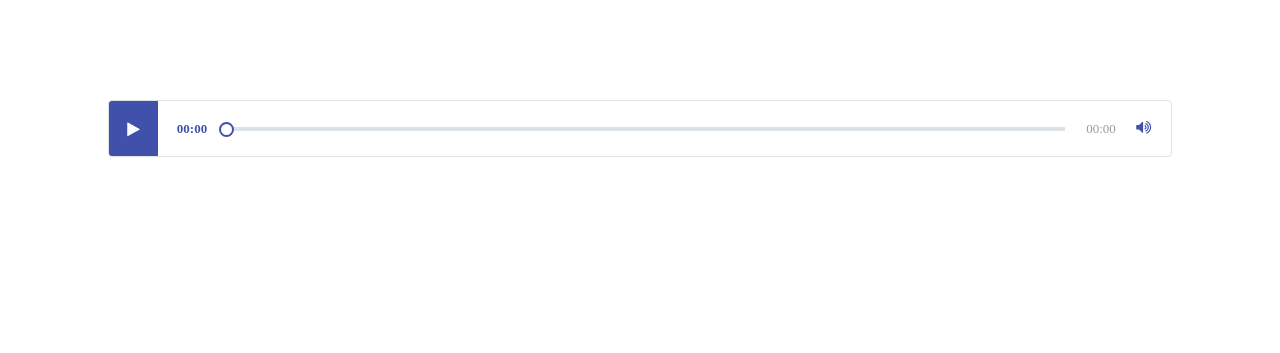
Repository: mitzbarbie/-jQuery-AudioPlayer-plugin
Page: index.html
The author's editor kept a copy of each file at every save. The page is drawn from the files as they stood at one save, then again after the next save.
The browser window is 1280 px wide. The pictures show the whole page.

Above is the page before, as saved 2021-11-26 17:26:25.

### index.html
<!DOCTYPE html>
<html lang="en">
  <head>
    <meta charset="UTF-8" />
    <meta http-equiv="X-UA-Compatible" content="IE=edge" />
    <meta name="viewport" content="width=device-width, initial-scale=1.0" />
    <title>Document</title>
    <link rel="stylesheet" href="style.css" />
    <link
      rel="stylesheet"
      href="https://cdnjs.cloudflare.com/ajax/libs/font-awesome/4.7.0/css/font-awesome.min.css"
    />
    <script
      src="https://code.jquery.com/jquery-3.6.0.min.js"
      integrity="sha256-/xUj+3OJU5yExlq6GSYGSHk7tPXikynS7ogEvDej/m4="
      crossorigin="anonymous"
    ></script>
  </head>
  <body>
    <div class="audio" style="margin: 100px"></div>

    <script>
      $(document).ready(function () {
        $(".audio").audioPlayerUtils({
          songs: ["audioEx1.mp3"],
        });
      });
      $(document).ready(function () {
        $(".audio").audioPlayerUtils({
          songs: ["audioEx1.mp3"],
        });
      });
      $(document).ready(function () {
        $(".audio").audioPlayerUtils({
          songs: ["audioEx1.mp3"],
        });
      });
    </script>

    <script src="audioPlayer.js"></script>
  </body>
</html>

### style.css
.audioPlayer {
  display: flex;
  flex-direction: row;
  box-sizing: border-box;
  width: 100%;
  align-items: center;
  border: 1px solid #dde2e6;
  border-radius: 4px;
  background: #fff;
}

#playPauseBtn {
  display: flex;
  justify-content: center;
  align-items: center;
  width: 49px;
  height: 55px;
  border-radius: 3px 0 0 3px;
  background: #4050ab;
  cursor: pointer;
}

.pausing {
  vertical-align: center;
  background-color: #fff;
  justify-content: center;
  align-items: center;
  width: 45px;
  height: 51px;
  border-radius: 4px 0 0 4px;
  cursor: pointer;
  border: 2px solid #4050ab;
}

.pausing::before {
  display: flex;
  justify-content: center;
  align-items: center;
  margin-top: 17px;
}

.startTime {
  display: flex;
  margin-left: 14px;
  width: 40px;
  justify-content: center;
  font-size: 13px;
  font-weight: 700;
  color: #4050ab;
}

.endTime {
  display: flex;
  width: 40px;
}

#mainBar {
  background: #dde2e6;
  width: 100%;
  height: 4px;
  margin: 15px 15px;
  flex-basis: 0;
  flex-grow: 1;
  position: relative;
  border-radius: px;
  cursor: pointer;
}

#progressBar {
  background: #4050ab;
  height: 4px;
  width: 0px;
  cursor: pointer;
}

#play-head {
  display: flex;
  position: absolute;
  box-sizing: border-box;
  top: -5px;
  left: -8px;
  width: 15px;
  height: 15px;
  background: #fff;
  border: 2px solid #4050ab;
  cursor: pointer;
  border-radius: 50%;
}

.endTime {
  margin-left: 6px;
  margin-right: 10px;
  font-weight: 500;
  font-size: 13px;
  color: #999;
}

#volumeBtn {
  margin-right: 15px;
  margin-bottom: 2px;
  cursor: pointer;
}

#volumeBtn {
  margin-right: 20px;
}

### audioPlayer.js
(function ($, window, document, undefined) {
  $.fn.audioPlayerUtils = function (options) {
    var settings = $.extend({}, options);

    return this.each(function () {
      // developed an initial value of first building on page for HTML DOM init
      var htmlInit =
        '<div class="audioPlayer">\
            <a id="playPauseBtn">\
              <i class="fa fa-play playing" aria-hidden="true" style="color: #fff"></i>\
              <i class="fa fa-pause pausing" aria-hidden="true" style="display: none; color: #4050ab"></i>\
            </a>\
            <div class="startTime">00:00</div>\
            <div id="mainBar">\
              <div id="progressBar">\
                <div id="play-head"></div>\
              </div>\
            </div>\
            <div class="endTime">00:00</div>\
            <a id="volumeBtn">\
              <i class="fa fa-volume-up volume" style="color: #4050ab" aria-hidden="true" ></i>\
              <i class="fa fa-volume-off muting" aria-hidden="true" style="display: none; color: #fd4f1a; margin-right: 8px"></i>\
            </a>\
            <audio id="audioSource" class="audioSource">\
              <source src="" type="audio/mpeg" />\
            </audio>\
          </div>';

      var $this = $(this);
      $this.html(htmlInit);

      var $playPauseBtn = $this.find("#playPauseBtn"),
        $playBtn = $this.find(".playing"),
        $pauseBtn = $this.find(".pausing"),
        $startTime = $this.find(".startTime"),
        $endTime = $this.find(".endTime"),
        $mainBar = $this.find("#mainBar"),
        $progressBar = $this.find("#progressBar"),
        $playHead = $this.find("#play-head"),
        $volumeBtn = $this.find("#volumeBtn"),
        $muteBtn = $this.find(".volume"),
        $unmuteBtn = $this.find(".muting"),
        $audioSource = $this.find("#audioSource")[0];

      $audioSource.src = settings.songs[0];

      var isPlaying = false;
      var audioPlayer, onPlayHead, playerId, mainbar, playHead, timelineWidth;

      playController();
      muteController();
      headBall();

      // Play & Pause Controller / create event using by bind function
      function playController() {
        audioPlayer = $audioSource;
        audioPlayer.addEventListener("timeupdate", progressShow);
        audioPlayer.addEventListener("timeupdate", timeValue);
        $playPauseBtn.bind("click", function (event) {
          if (isPlaying) {
            $audioSource.pause();
            $playBtn.show();
            $pauseBtn.hide();
          } else {
            $audioSource.play();
            $playBtn.hide();
            $pauseBtn.show();
          }

          isPlaying = !isPlaying;
        });
      }

      // Mute & Unmute Controller / create event using by bind function
      function muteController() {
        $volumeBtn.bind("click", function (event) {
          if ($audioSource.muted) {
            $muteBtn.show();
            $unmuteBtn.hide();
          } else {
            $muteBtn.hide();
            $unmuteBtn.show();
          }

          $audioSource.muted = !$audioSource.muted;
        });
      }

      // Calculate current value of time and total value of length
      function calculateCurrentValue(currentTime) {
        var current_hour = parseInt(currentTime / 3600) % 24,
          current_minute = parseInt(currentTime / 60) % 60,
          current_seconds_long = currentTime % 60,
          current_seconds = current_seconds_long.toFixed(),
          current_time =
            (current_minute < 10 ? "0" + current_minute : current_minute) +
            ":" +
            (current_seconds < 10 ? "0" + current_seconds : current_seconds);

        return current_time;
      }

      function calculateTotalValue(length) {
        var minutes = parseInt(Math.floor(length / 60));
        if (isNaN(minutes)) {
          minutes = "00";
        }
        var seconds_int = parseInt(length - minutes * 60);
        if (isNaN(seconds_int)) {
          seconds_int = "00";
        }
        if (seconds_int < 10) {
          seconds_int = "0" + seconds_int;
        }
        var seconds_str = seconds_int.toString();
        var seconds = seconds_str.substr(0, 2);
        var time = minutes + ":" + seconds;

        return time;
      }

      // Calculate the audio live time value (start & end-time)
      function timeValue() {
        var length = audioPlayer.duration;
        var current_time = audioPlayer.currentTime;
        var currentTime = calculateCurrentValue(current_time);
        var totalLength = calculateTotalValue(length);

        $startTime.html(currentTime);
        $endTime.html(totalLength);
      }

      // Calculate the distance of progress-bar duration
      function progressShow() {
        var length = audioPlayer.duration;
        var current_time = audioPlayer.currentTime;
        var progressBar = $progressBar[0];
        var playhead = $playHead[0];
        var width = $mainBar.width();
        var size = width * (current_time / length);

        progressBar.style.width = size + "px";
        playhead.style.marginLeft = width * (current_time / length) + "px";
      }

      // Progress-bar / timeline (loading) & playhead
      function headBall() {
        onPlayHead = null;
        playerId = null;
        mainbar = $mainBar[0];
        progressBar = $progressBar[0];
        timelineWidth = mainbar.clientWidth - progressBar.clientHeight;

        mainbar.addEventListener("click", seek);
        progressBar.addEventListener("mousedown", drag);
        document.addEventListener("mouseup", mouseUp);
      }

      function seek(event) {
        var player = $audioSource;

        player.currentTime =
          player.duration * clickPercent(event, mainbar, timelineWidth);
      }

      function clickPercent(event, mainbar, timelineWidth) {
        return (event.clientX - getPosition(mainbar)) / timelineWidth;
      }

      function getPosition(el) {
        return el.getBoundingClientRect().left;
      }

      // Drag and drag options
      function drag(e) {
        var player = document.getElementById(playerId);
        audioPlayer.addEventListener("timeupdate", progressShow);
        audioPlayer.addEventListener("timeupdate", timeValue);
        onPlayHead = $(this).attr("id");
        playerId = $(this).find("audio").attr("class", "id");
        window.addEventListener("mousemove", dragOpts);
        player.addEventListener("timeupdate", timeUpdate);
      }

      function dragOpts(e) {
        var playHead = $playHead[0];
        var progressBar = $progressBar[0];
        var newMargLeft = e.clientX - getPosition(mainbar);

        if (newMargLeft >= 0 && newMargLeft <= timelineWidth) {
          playHead.style.marginLeft = newMargLeft + "px";
          progressBar.style.width = newMargLeft + "px";
        }
        if (newMargLeft < 0) {
          playHead.style.marginLeft = "0px";
          progressBar.style.width = "0px";
        }
        if (newMargLeft > timelineWidth) {
          playHead.style.marginLeft = timelineWidth + "px";
          progressBar.style.width = timelineWidth + "px";
        }
      }

      // Click (mouse-up & down) on progress-bar
      function mouseUp(e) {
        if (onPlayHead != null) {
          var player = document.getElementById(playerId);
          window.removeEventListener("mousemove", dragOpts);
          player.currentTime =
            player.duration * clickPercent(e, mainbar, timelineWidth);
          audioPlayer.addEventListener("timeupdate", progressShow);
          audioPlayer.addEventListener("timeupdate", timeValue);

          player.addEventListener("timeupdate", timeUpdate);
        }
        onPlayHead = null;
      }

      // Time update after/before drag or click event
      function timeUpdate() {
        var audioSource = document.getElementById(onPlayHead);
        var player = document.getElementById(playerId);
        var playPercent =
          timelineWidth * (player.currentTime / player.duration);
        audioSource.style.marginLeft = playPercent + "px";

        if (player.currentTime == player.duration) {
          player.pause();
        }
      }
    });
  };
})(jQuery, window, document);

After the next save:
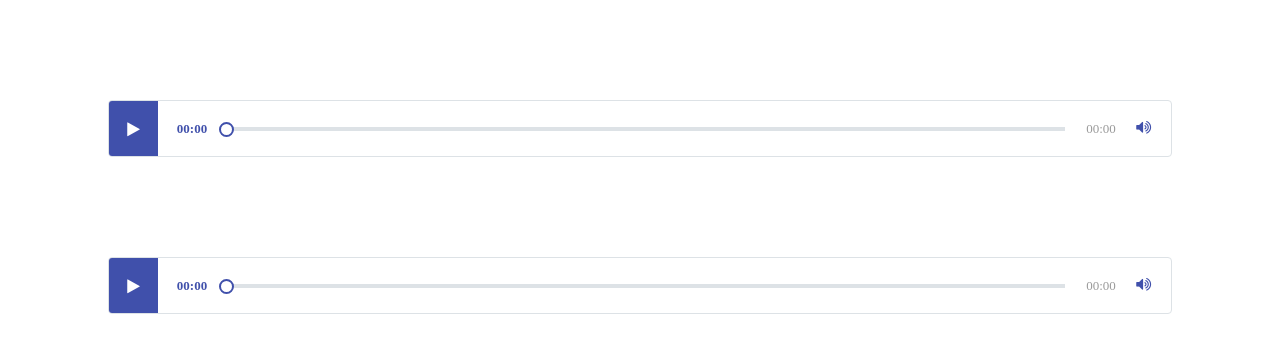
Saved 6 s later.
--- a/index.html
+++ b/index.html
@@ -17,6 +17,7 @@
     ></script>
   </head>
   <body>
+    <div class="audio" style="margin: 100px"></div>
     <div class="audio" style="margin: 100px"></div>
 
     <script>
